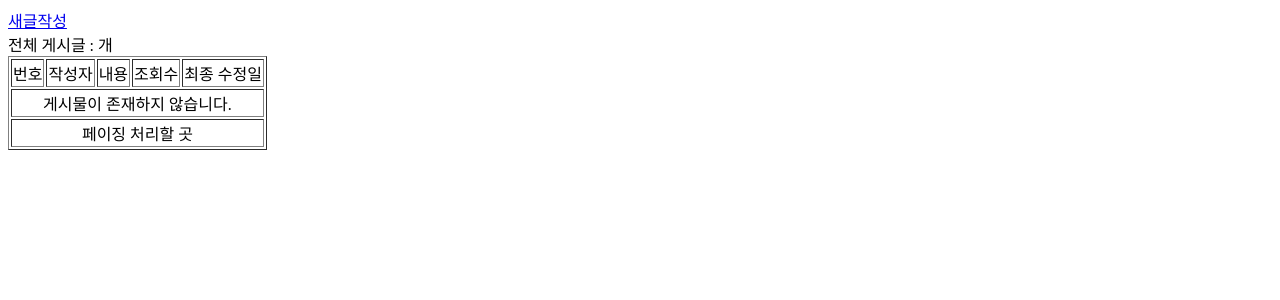
Repository: yangchunsick/JSPstudy
Page: http://localhost/11_MYHOME/free/list.jsp
The author's editor kept a copy of each file at every save. The page is drawn from the files as they stood at one save, then again after a run of saves.
The browser window is 1280 px wide. The pictures show the whole page.
The page is served by Tomcat 9. Other server files are loaded and not shown. The template is opened directly, without the code that normally fills it, so the values that code supplies are empty.

Above is the page before, as saved 2021-11-22 06:29:56.

### workspace/11_MYHOME/WebContent/free/list.jsp
<%@page import="dto.Notice"%>
<%@ page language="java" contentType="text/html; charset=UTF-8"
	pageEncoding="UTF-8"%>
<%@ taglib uri="http://java.sun.com/jsp/jstl/core" prefix="c"%>
<!DOCTYPE html>
<html lang="ko">
<head>
<meta charset="UTF-8">
<meta http-equiv="X-UA-Compatible" content="IE=edge">
<meta name="viewport" content="width=device-width, initial-scale=1.0">
<title>My Home Page</title>
<script src="https://code.jquery.com/jquery-3.6.0.js"
	integrity="sha256-H+K7U5CnXl1h5ywQfKtSj8PCmoN9aaq30gDh27Xc0jk="
	crossorigin="anonymous"></script>
<script>

</script>
</head>
<body>

	<!-- 작성 링크 -->
	<div>			<!-- 로그인 한 유저가 not null일 때 로그인 한 경우에만  -->
		<c:if test="${loginUser.id != null}">

		</c:if>
		<a href="insertForm.free">새글작성</a>
	</div>
	<!-- 검색란 -->


	<!-- 목록 -->
	전체 게시글 : ${totalCount}개
	<table border="1">
		<thead>
			<tr>
				<td>번호</td>
				<td>작성자</td>
				<td>내용</td>
				<td>조회수</td>
				<td>최종 수정일</td>
			</tr>
		</thead>
		<tbody>
			<c:if test="${empty list}">
				<tr>
					<td colspan="5" style="text-align: center;">게시물이 존재하지 않습니다.</td>
				</tr>
			</c:if>
			<c:if test="${not empty list}">
				<c:forEach items="${list}" var="free">
					<tr>
						<td>${free.fNo}</td>
						<td>${free.writer}</td>
						<td>${free.content}</td>
						<td>${free.hit}</td>
						<td>${free.lastModified}</td>
					</tr>
				</c:forEach>
			</c:if>
		</tbody>
		<tfoot>
			<tr>
				<td colspan="5" style="text-align: center;">페이징 처리할 곳</td>
			</tr>
		</tfoot>
	</table>

</body>
</html>

After the next 2 saves:
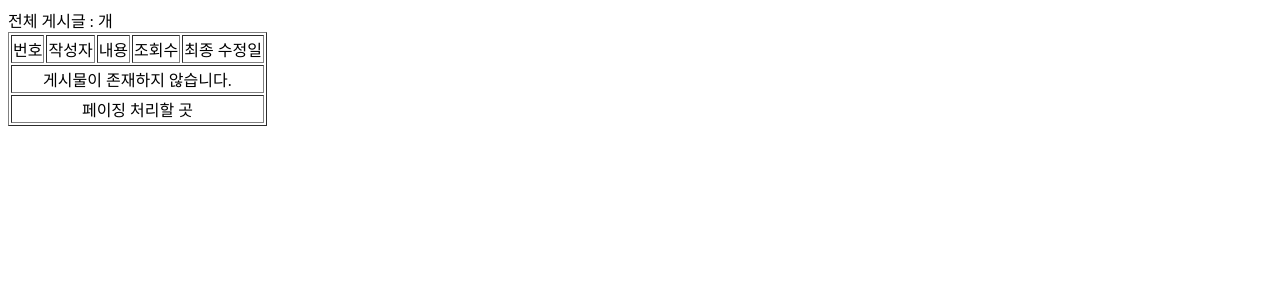
The 2 saves are shown as one change because they came seconds apart.
The last was saved 9 s later.
--- a/workspace/11_MYHOME/WebContent/free/list.jsp
+++ b/workspace/11_MYHOME/WebContent/free/list.jsp
@@ -19,11 +19,11 @@
 <body>
 
 	<!-- 작성 링크 -->
-	<div>			<!-- 로그인 한 유저가 not null일 때 로그인 한 경우에만  -->
+	<div>
+		<!-- 로그인 한 유저가 not null일 때 로그인 한 경우에만  -->
 		<c:if test="${loginUser.id != null}">
-
+			<a href="insertForm.free">새글작성</a>
 		</c:if>
-		<a href="insertForm.free">새글작성</a>
 	</div>
 	<!-- 검색란 -->
 
